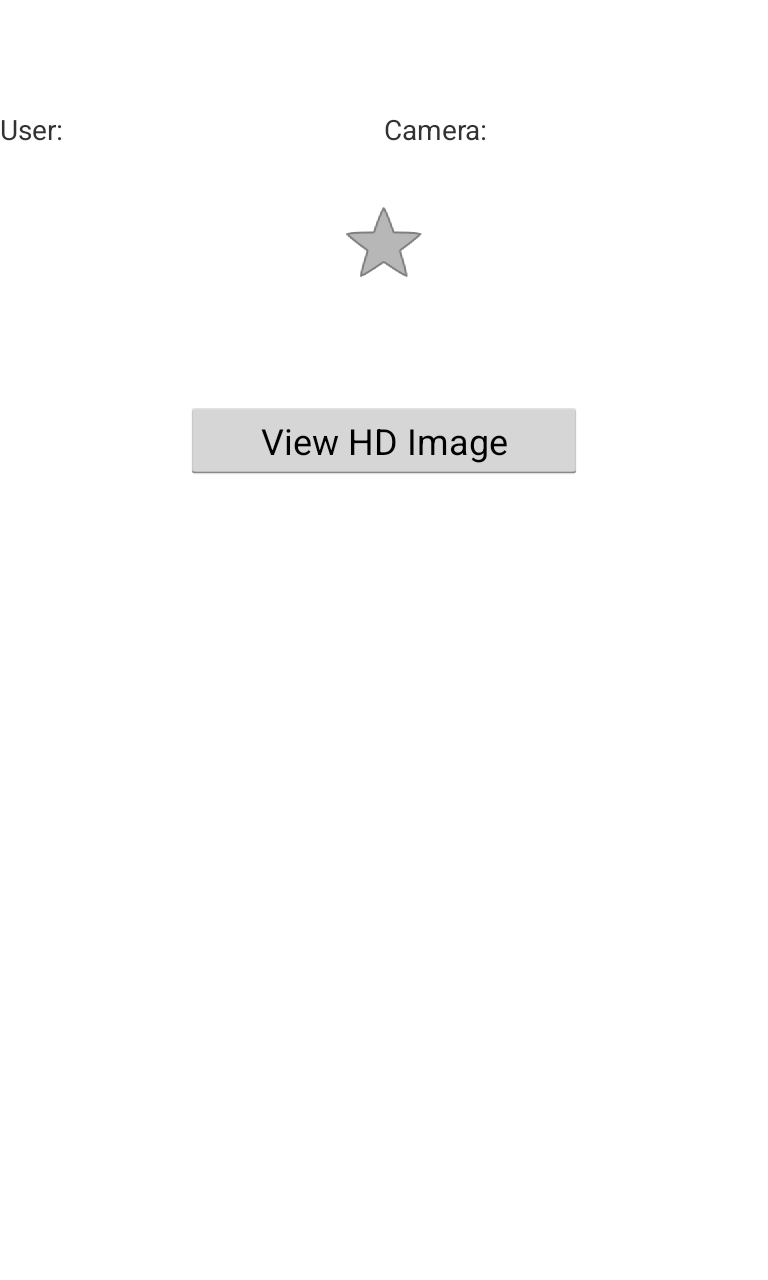
Repository: arianaantonio/Java2_Antonio
Layout: SpaceImageViewer/res/layout/details_activity.xml
The author's editor kept a copy of each file at every save. The layout is drawn from the files as they stood at one save, then again after the next save.
It is drawn on a 768 x 1280 px phone screen (xhdpi) without system bars, with theme AppTheme; the app's code is not run.

Above is the layout before, as saved 2014-07-16 02:21:32.

### SpaceImageViewer/res/layout/details_activity.xml
<?xml version="1.0" encoding="utf-8"?>
<RelativeLayout xmlns:android="http://schemas.android.com/apk/res/android"
    android:layout_width="match_parent"
    android:layout_height="match_parent"
    android:orientation="vertical" >

    <TextView
        android:id="@+id/title"
        android:layout_width="wrap_content"
        android:layout_height="wrap_content"
        android:layout_alignParentTop="true"
        android:layout_centerHorizontal="true"
        android:layout_marginTop="18dp"
        android:text="" />

    <TextView
        android:id="@+id/user"
        android:layout_width="wrap_content"
        android:layout_height="wrap_content"
        android:layout_alignParentLeft="true"
        android:layout_below="@+id/title"
        android:layout_marginTop="18dp"
        android:text="@string/userString" />

    <TextView
        android:id="@+id/userName"
        android:layout_width="wrap_content"
        android:layout_height="wrap_content"
        android:layout_above="@+id/ratingBar"
        android:layout_marginLeft="18dp"
        android:layout_alignBottom="@+id/user"
        android:layout_toRightOf="@+id/user"
        android:text="" />

    <TextView
        android:id="@+id/cameraType"
        android:layout_width="wrap_content"
        android:layout_height="wrap_content"
        android:layout_alignParentRight="true"
        android:layout_alignBaseline="@+id/user"
        android:layout_alignBottom="@+id/user"
        android:layout_toRightOf="@+id/camera"
        android:text="" />

    <TextView
        android:id="@+id/camera"
        android:layout_width="wrap_content"
        android:layout_height="wrap_content"
        android:layout_alignBaseline="@+id/cameraType"
        android:layout_alignBottom="@+id/cameraType"
        android:layout_toRightOf="@+id/title"
        android:text="@string/cameraString" />

    <RatingBar
        android:id="@+id/ratingBar"
        android:layout_width="wrap_content"
        android:layout_height="wrap_content"
        android:layout_below="@+id/camera"
        android:layout_centerHorizontal="true"
        android:layout_marginTop="23dp"
        android:numStars="1"
        android:rating="0.0"
        android:stepSize="1.0" />

    <Button
        android:id="@+id/button1"
        android:layout_width="wrap_content"
        android:layout_height="wrap_content"
        android:layout_below="@+id/ratingBar"
        android:layout_centerHorizontal="true"
        android:layout_marginTop="46dp"
        android:minHeight="35dp"
        android:text="@string/HDbutton"
        android:width="200dp" />

</RelativeLayout>

### SpaceImageViewer/res/values/strings.xml
<?xml version="1.0" encoding="utf-8"?>
<resources>

    <string name="app_name">Space Image Viewer</string>
    <string name="action_settings">Settings</string>
    <string name="textview_text">List of images of spiral galaxies</string>
    <string name="detail_view">Details:</string>
    <string name="Description">Image View</string>
    <color name="Purple">#7F00FF</color>
    <color name="Grey">#D8D8D8</color>
    <color name="Aqua">#99FFFF</color>
    <string name="userString">User:</string>
    <string name="cameraString">Camera:</string>
    <string name="HDbutton">View HD Image</string>
    <string name="detailactivity">Details Activity</string>


</resources>

Loaded but not shown: SpaceImageViewer/res/values/styles.xml (common file); SpaceImageViewer/res/values-v11/styles.xml (common file); SpaceImageViewer/res/values-v14/styles.xml (common file)

After the next save:
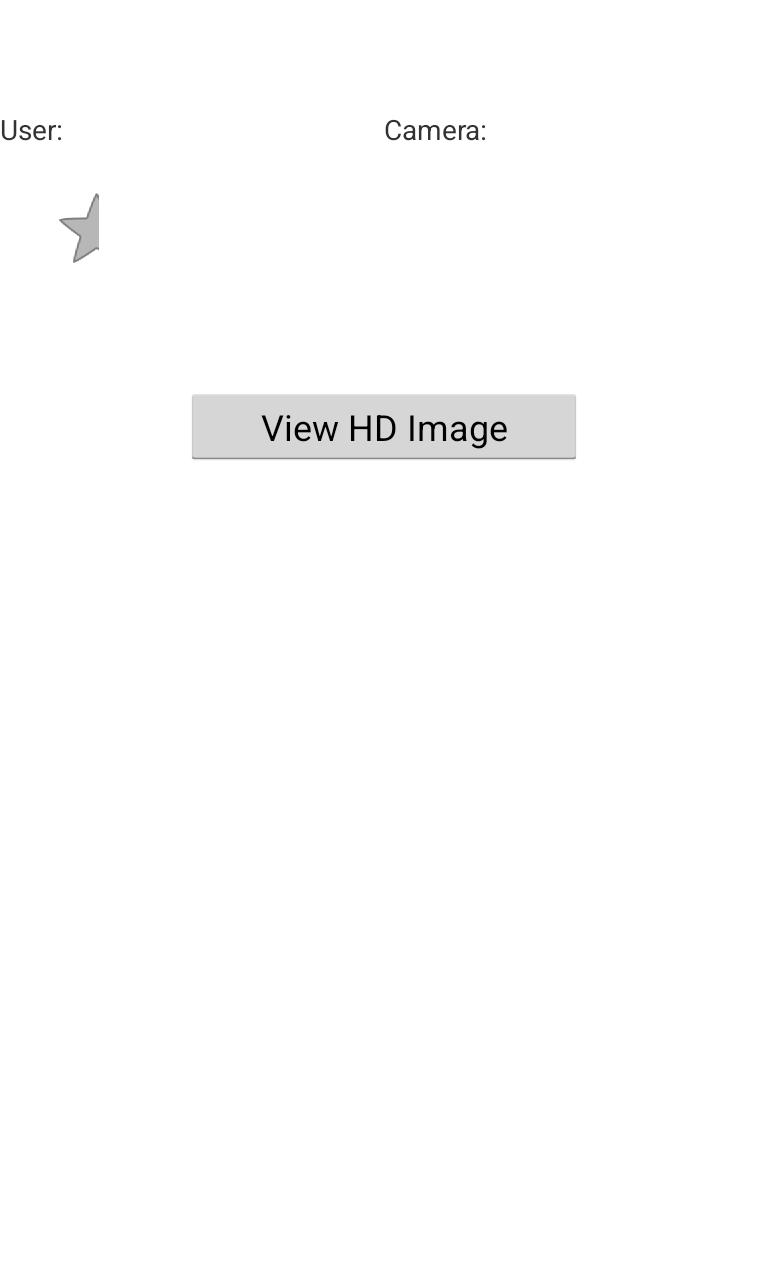
Saved 2 min 14 s later.
--- a/SpaceImageViewer/res/layout/details_activity.xml
+++ b/SpaceImageViewer/res/layout/details_activity.xml
@@ -51,17 +51,6 @@
         android:layout_toRightOf="@+id/title"
         android:text="@string/cameraString" />
 
-    <RatingBar
-        android:id="@+id/ratingBar"
-        android:layout_width="wrap_content"
-        android:layout_height="wrap_content"
-        android:layout_below="@+id/camera"
-        android:layout_centerHorizontal="true"
-        android:layout_marginTop="23dp"
-        android:numStars="1"
-        android:rating="0.0"
-        android:stepSize="1.0" />
-
     <Button
         android:id="@+id/button1"
         android:layout_width="wrap_content"
@@ -73,4 +62,15 @@
         android:text="@string/HDbutton"
         android:width="200dp" />
 
+    <RatingBar
+        android:id="@+id/ratingBar"
+        android:layout_width="25dp"
+        android:layout_height="wrap_content"
+        android:layout_alignRight="@+id/userName"
+        android:layout_below="@+id/user"
+        android:layout_marginTop="16dp"
+        android:numStars="1"
+        android:rating="0.0"
+        android:stepSize="1.0" />
+
 </RelativeLayout>
